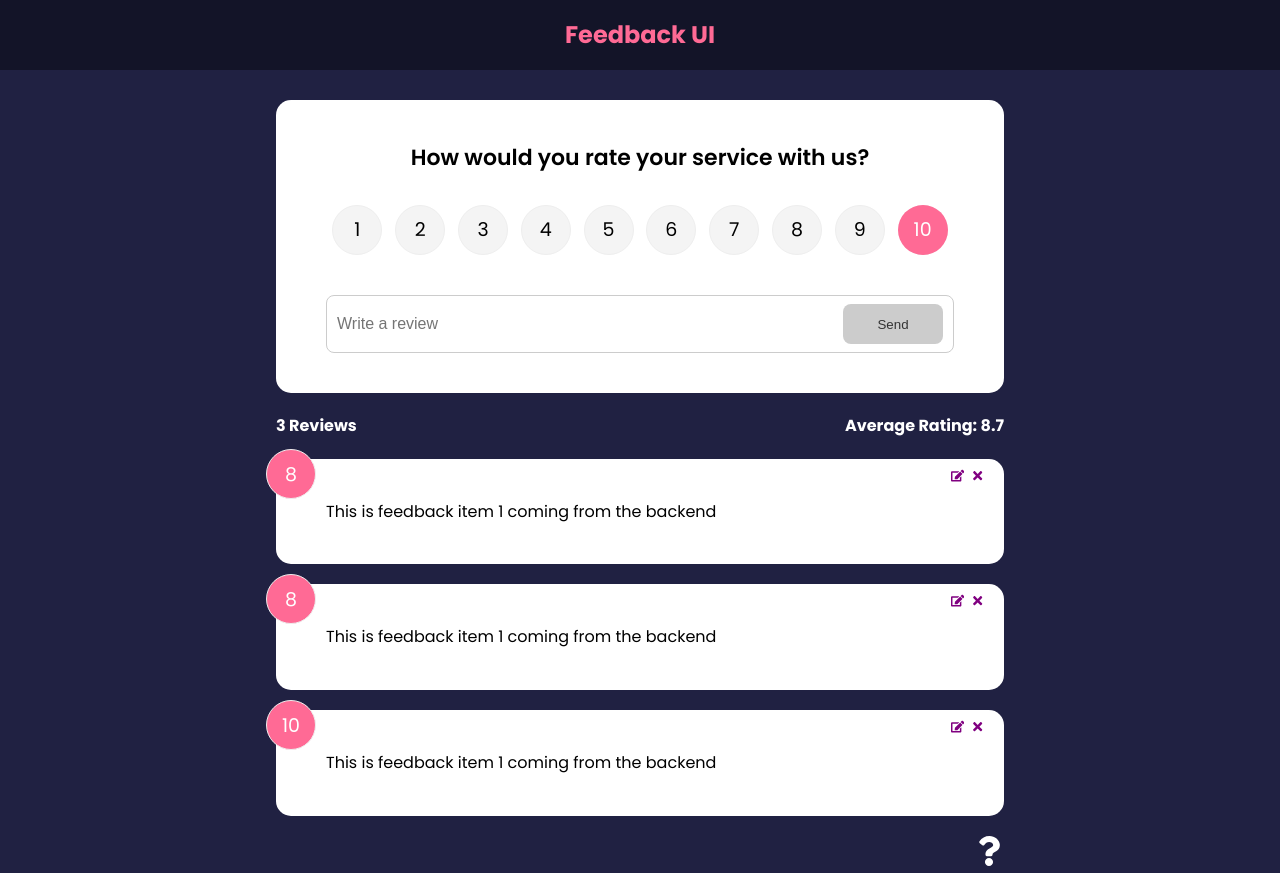
Repository: minhtien9/Feedback_App
Page: /
These files come from the project's save history. The page is drawn as it stood at one moment and after the next save; the edit follows.
The browser window is 1280 px wide. The pictures show the whole page.
The project was rebuilt for these pictures with package versions that can differ from the ones it lists, and the page was loaded fresh each time. Requests to the local data server were answered from the project's data file. Also part of the build but not shown: src/pages/AboutPage.jsx.

Above is the page before, as saved 2022-02-19 20:32:32.

After the next save:
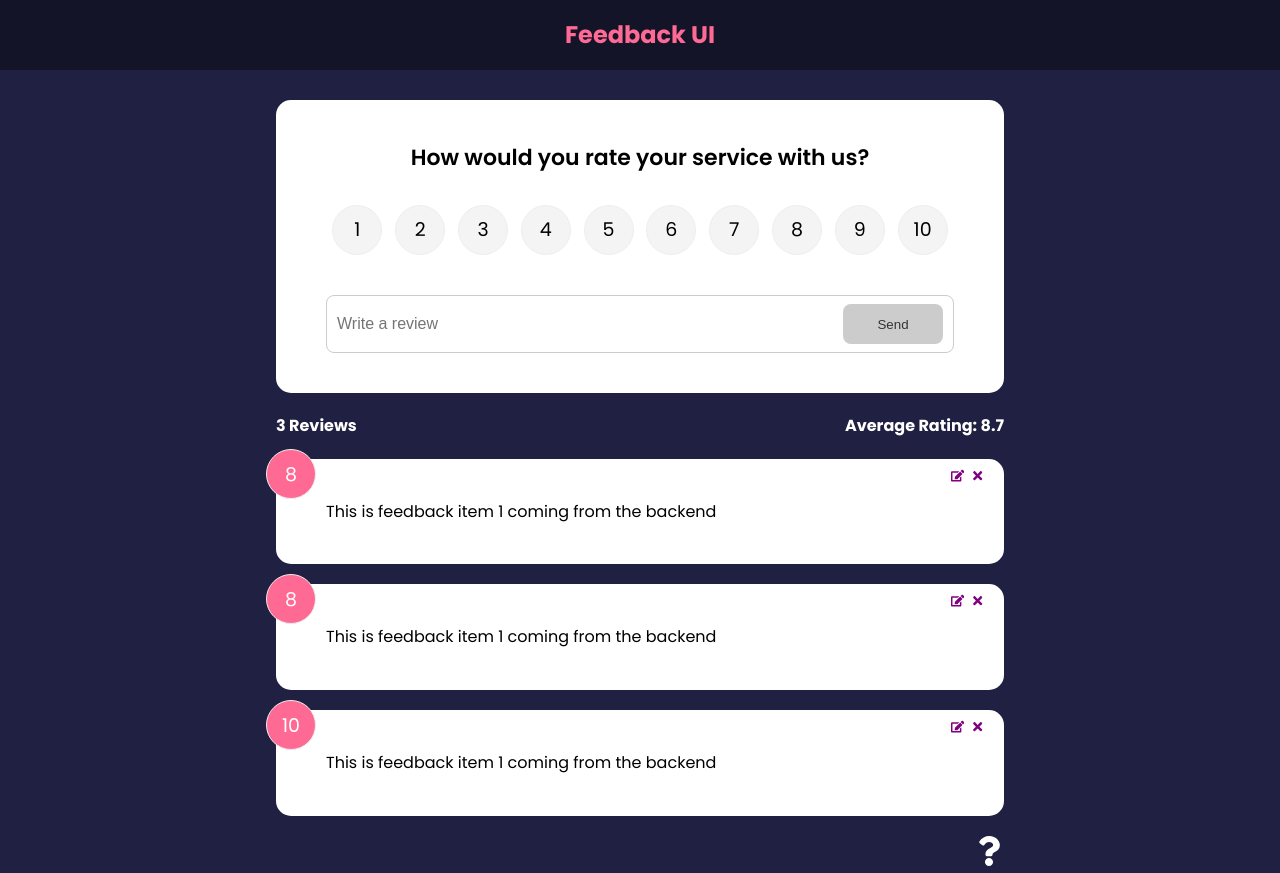
Saved 11 s later.
--- a/src/components/FeedbackForm.jsx
+++ b/src/components/FeedbackForm.jsx
@@ -1,14 +1,14 @@
-import { useState, useContext, useEffect } from 'react'
+import { useContext, useEffect, useState } from 'react'
+import Button from './UI/Button'
+import Card from './UI/Card'
 import RatingSelect from './RatingSelect'
-import Card from './UI/Card'
-import Button from './UI/Button'
 import FeedbackContext from '../context/FeedbackContext'
 
 function FeedbackForm() {
     const [text, setText] = useState('')
-    const [rating, setRating] = useState(10)
     const [btnDisabled, setBtnDisabled] = useState(true)
     const [message, setMessage] = useState('')
+    const [rating, setRating] = useState('')
 
     const { addFeedback, feedbackEdit, updateFeedback } =
         useContext(FeedbackContext)
@@ -21,47 +21,36 @@ function FeedbackForm() {
         }
     }, [feedbackEdit])
 
-    // NOTE: This should be checking input value not state as state won't be the updated value until the next render of the component
-
-    // prettier-ignore
-    const handleTextChange = ({ target: { value } }) => { // 👈  get the value
-    if (value === '') {
-      setBtnDisabled(true)
-      setMessage(null)
-
-  // prettier-ignore
-    } else if (value.trim().length < 10) { // 👈 check for less than 10
-      setMessage('Text must be at least 10 characters')
-      setBtnDisabled(true)
-    } else {
-      setMessage(null)
-      setBtnDisabled(false)
+    const handleTextChange = ({ target: { value } }) => {
+        if (text === '') {
+            setBtnDisabled(true)
+            setMessage(null)
+        } else if (value.trim().length < 10) {
+            setMessage('Text must be at least 10 characters')
+            setBtnDisabled(true)
+        } else {
+            setBtnDisabled(false)
+            setMessage(null)
+        }
+        setText(value)
     }
-    setText(value)
-  }
 
     const handleSubmit = (e) => {
         e.preventDefault()
         if (text.trim().length > 10) {
-            const newFeedback = {
-                text,
-                rating,
-            }
+            const newFeedback = { text, rating }
 
             if (feedbackEdit.edit === true) {
-                updateFeedback(feedbackEdit.item.id, newFeedback)
+                updateFeedback((feedbackEdit.item.id, newFeedback))
             } else {
                 addFeedback(newFeedback)
             }
 
-            // NOTE: reset to default state after submission
-            setBtnDisabled(true) // 👈  add this line to reset disabled
-            setRating(10) //👈 add this line to set rating back to 10
+            setBtnDisabled(true)
+            setRating(10)
             setText('')
         }
     }
-
-    // NOTE: pass selected to RatingSelect so we don't need local duplicate state
     return (
         <Card>
             <form onSubmit={handleSubmit}>
@@ -78,7 +67,6 @@ function FeedbackForm() {
                         Send
                     </Button>
                 </div>
-
                 {message && <div className='message'>{message}</div>}
             </form>
         </Card>
